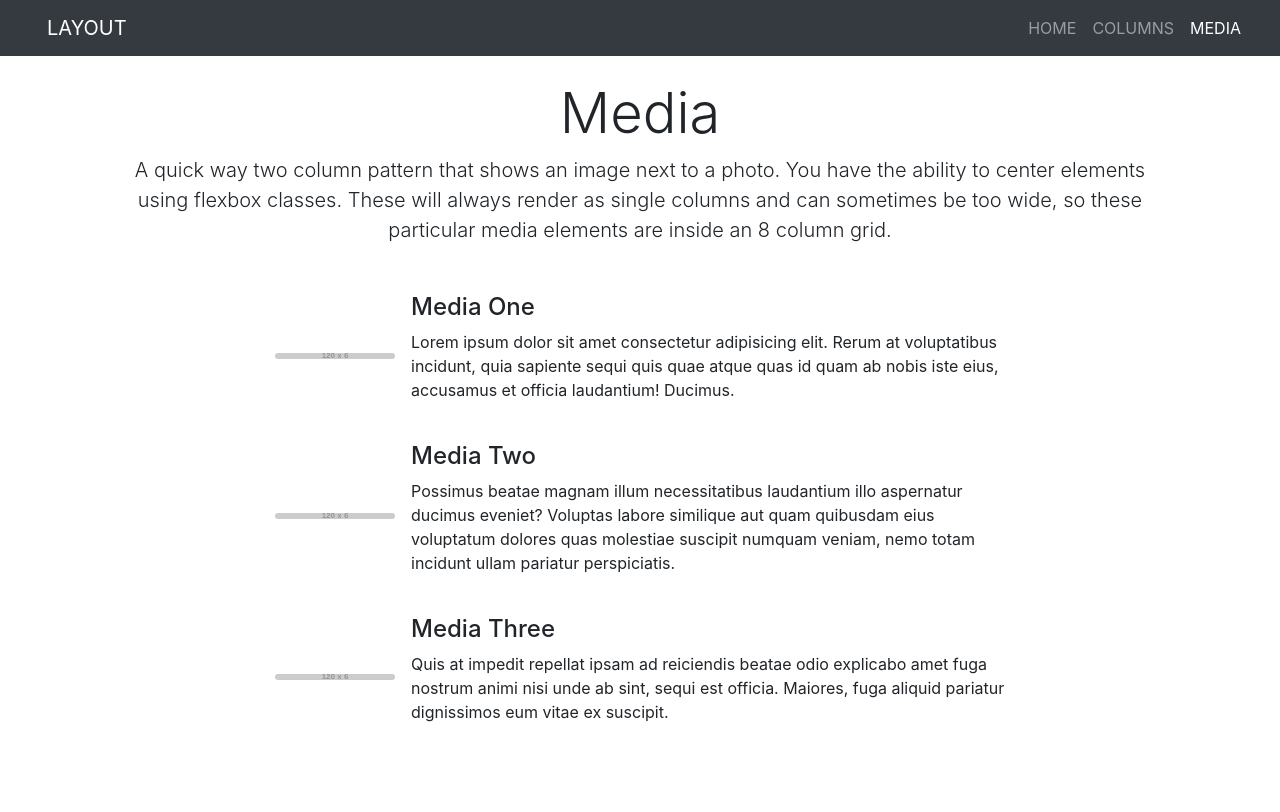
Repository: DerikSchaefer/GitPractice
Page: docs/media.html
The author's editor kept a copy of each file at every save. The page is drawn from the files as they stood at one save, then again after the next save.
The browser window is 1280 px wide. The pictures show the whole page.

Above is the page before, as saved 2021-07-16 20:01:12.
Console error: SyntaxError: Unexpected token '.'

### docs/media.html
<!DOCTYPE html>
<html lang="en">
  <head>
    <meta charset="utf-8" />
    <meta name="viewport" content="width=device-width, initial-scale=1, shrink-to-fit=no" />
    <script defer src="https://cdnjs.cloudflare.com/ajax/libs/font-awesome/5.15.3/css/all.min.css"></script>
    <link
      rel="stylesheet"
      href="https://cdn.jsdelivr.net/npm/bootstrap@4.6.0/dist/css/bootstrap.min.css"
      integrity="sha384-B0vP5xmATw1+K9KRQjQERJvTumQW0nPEzvF6L/Z6nronJ3oUOFUFpCjEUQouq2+l"
      crossorigin="anonymous"
    />
    <title>Layouts</title>
  </head>

  <body class="bg-dark">
    <header id="page-hero" class="site-header d-flex flex-column align-content-between">
      <nav class="site-nav family-sans navbar navbar-expand-md bg-dark navbar-dark">
        <div class="container-fluid">
          <button
            type="button"
            class="navbar-toggler"
            data-toggle="collapse"
            data-target="#myTogglerNav"
            aria-controls="myTogglerNav"
            aria-label="Toggle Navigation"
          >
            <span class="navbar-toggler-icon"></span>
          </button>

          <a class="navbar-brand text-uppercase" href="#page-hero"><a class="navbar-brand text-uppercase" href="index.html">Layout</a>
          <div class="collapse navbar-collapse" id="myTogglerNav">
            <div class="navbar-nav ml-auto font-weight-regular text-uppercase">
              <a class="nav-item nav-link" href="index.html">home</a>
              <a class="nav-item nav-link" href="columns.html">columns</a>
              <a class="nav-item nav-link text-white" href="media.html">media</a>
            </div>
          </div>
        </div>
      </nav>

    <article id="page-media" class="bg-white">
      <header class="container text-center">
        <h2 class="display-4 pt-4 text-center">Media</h2>
        <p class="lead mx-md-5">
          A quick way two column pattern that shows an image next to a photo. You have the ability to center elements using flexbox classes. These
          will always render as single columns and can sometimes be too wide, so these particular media elements are inside an 8 column grid.
        </p>
      </header>

      <section class="container my-5">
        <div class="row justify-content-md-center">
          <div class="animated-group col-lg-8">
            <section class="media mb-4">
              <img class="align-self-center mr-3 img-fluid rounded" src="https://dummyimage.com/120/6/f.png&text=A" alt="Photo Sample" />
              <div class="media-body">
                <h4 class="">Media One</h4>
                <p>
                  Lorem ipsum dolor sit amet consectetur adipisicing elit. Rerum at voluptatibus incidunt, quia sapiente sequi quis quae atque quas id
                  quam ab nobis iste eius, accusamus et officia laudantium! Ducimus.
                </p>
              </div>
            </section>

            <section class="media mb-4">
              <img class="align-self-center mr-3 img-fluid rounded" src="https://dummyimage.com/120/6/f.png&text=B" alt="Photo Sample" />
              <div class="media-body">
                <h4 class="">Media Two</h4>
                <p>
                  Possimus beatae magnam illum necessitatibus laudantium illo aspernatur ducimus eveniet? Voluptas labore similique aut quam quibusdam
                  eius voluptatum dolores quas molestiae suscipit numquam veniam, nemo totam incidunt ullam pariatur perspiciatis.
                </p>
              </div>
            </section>

            <section class="media mb-4">
              <img class="align-self-center mr-3 img-fluid rounded" src="https://dummyimage.com/120/6/f.png&text=C" alt="Photo Sample" />
              <div class="media-body">
                <h4 class="">Media Three</h4>
                <p>
                  Quis at impedit repellat ipsam ad reiciendis beatae odio explicabo amet fuga nostrum animi nisi unde ab sint, sequi est officia.
                  Maiores, fuga aliquid pariatur dignissimos eum vitae ex suscipit.
                </p>
              </div>
            </section>
          </div>
        </div>
      </section>
    </article>

    <script
      src="https://code.jquery.com/jquery-3.5.1.slim.min.js"
      integrity="sha384-DfXdz2htPH0lsSSs5nCTpuj/zy4C+OGpamoFVy38MVBnE+IbbVYUew+OrCXaRkfj"
      crossorigin="anonymous"
    ></script>
    <script
      src="https://cdn.jsdelivr.net/npm/bootstrap@4.6.0/dist/js/bootstrap.bundle.min.js"
      integrity="sha384-Piv4xVNRyMGpqkS2by6br4gNJ7DXjqk09RmUpJ8jgGtD7zP9yug3goQfGII0yAns"
      crossorigin="anonymous"
    ></script>
  </body>
</html>

After the next save:
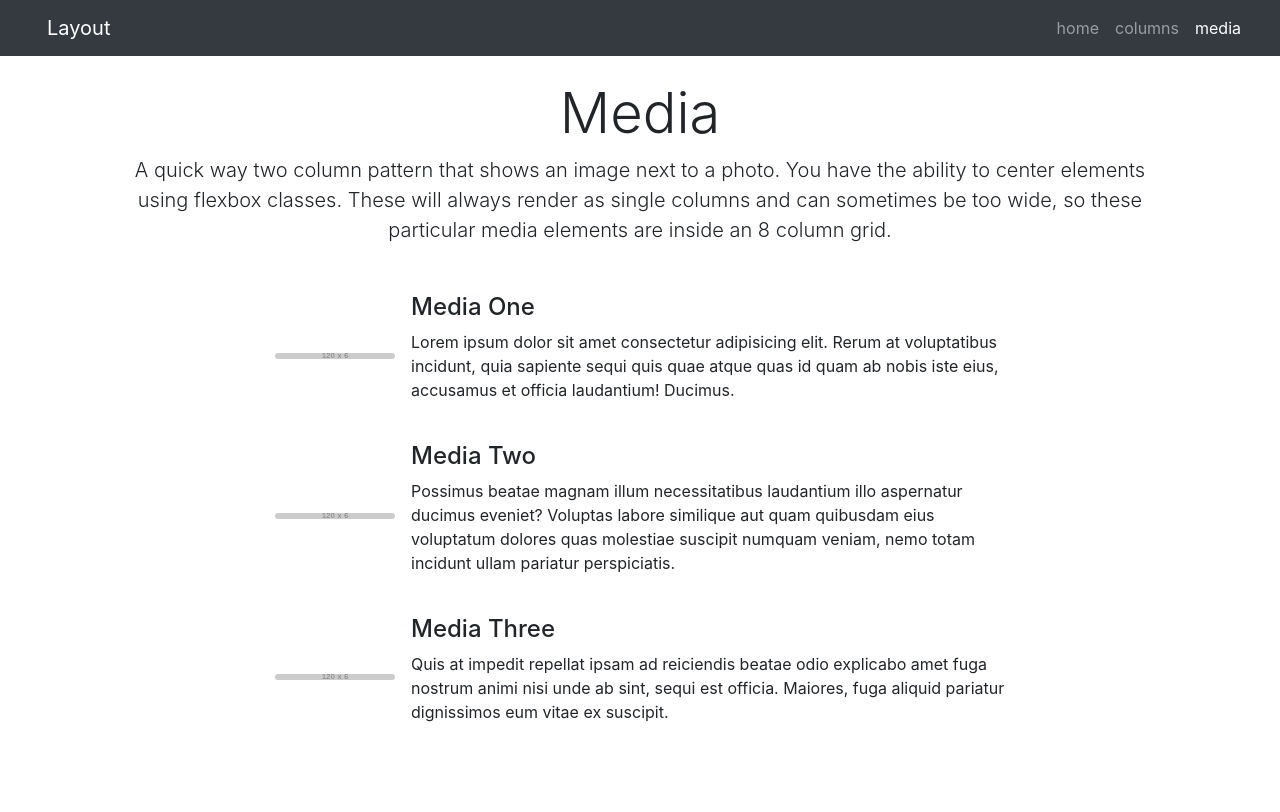
Saved 341 days later.
--- a/docs/media.html
+++ b/docs/media.html
@@ -28,9 +28,9 @@
             <span class="navbar-toggler-icon"></span>
           </button>
 
-          <a class="navbar-brand text-uppercase" href="#page-hero"><a class="navbar-brand text-uppercase" href="index.html">Layout</a>
+          <a class="navbar-brand" href="#page-hero"><a class="navbar-brand" href="index.html">Layout</a>
           <div class="collapse navbar-collapse" id="myTogglerNav">
-            <div class="navbar-nav ml-auto font-weight-regular text-uppercase">
+            <div class="navbar-nav ml-auto font-weight-regular">
               <a class="nav-item nav-link" href="index.html">home</a>
               <a class="nav-item nav-link" href="columns.html">columns</a>
               <a class="nav-item nav-link text-white" href="media.html">media</a>

After the save that followed:
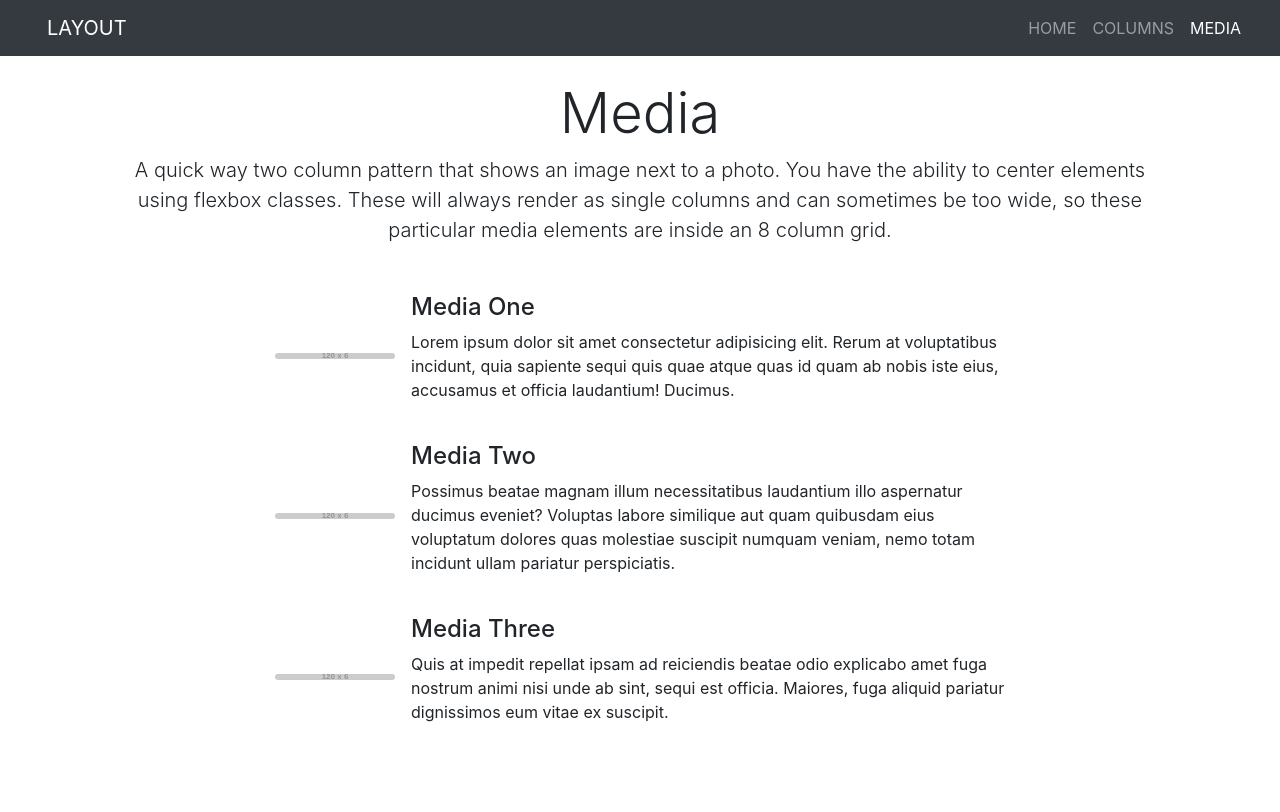
Saved 25 s later.
--- a/docs/media.html
+++ b/docs/media.html
@@ -15,7 +15,7 @@
 
   <body class="bg-dark">
     <header id="page-hero" class="site-header d-flex flex-column align-content-between">
-      <nav class="site-nav family-sans navbar navbar-expand-md bg-dark navbar-dark">
+      <nav class="site-nav family-sans navbar navbar-expand-md bg-dark navbar-dark text-uppercase">
         <div class="container-fluid">
           <button
             type="button"
